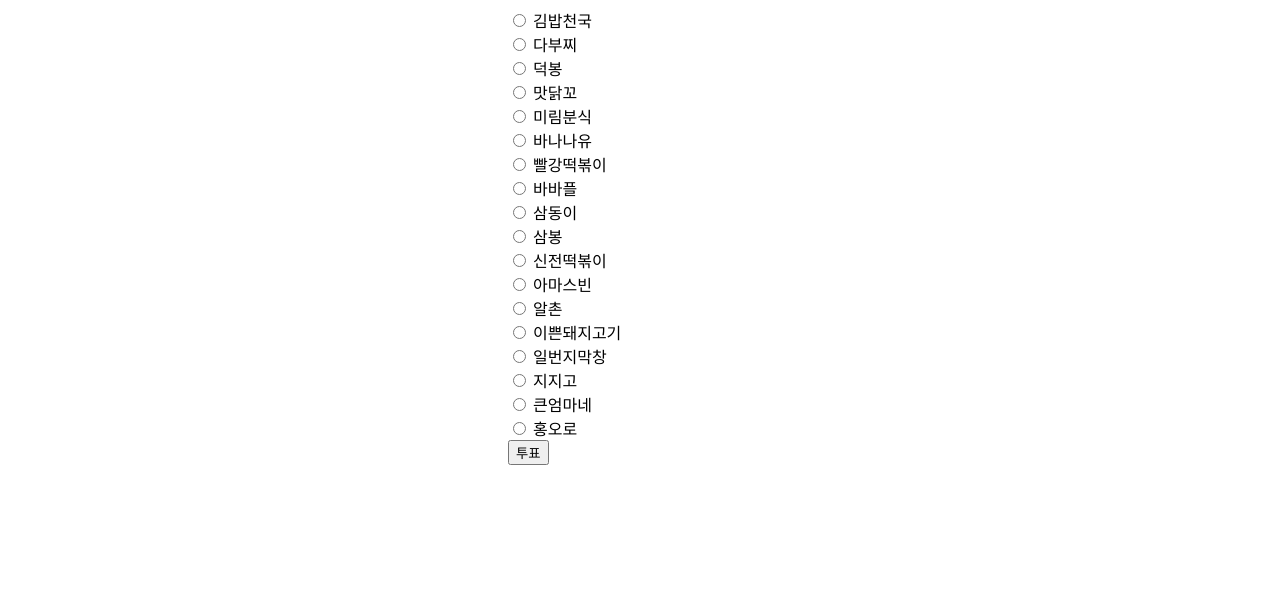
Repository: hayoung9000/migo_vote
Page: http://localhost/Migo/voteForm.jsp
These files come from the project's save history. The page is drawn as it stood at one moment and after the next save; the edit follows.
The browser window is 1280 px wide. The pictures show the whole page.
The page is served by Tomcat 9.

Above is the page before, as saved 2018-05-18 17:21:26.

After the next save:
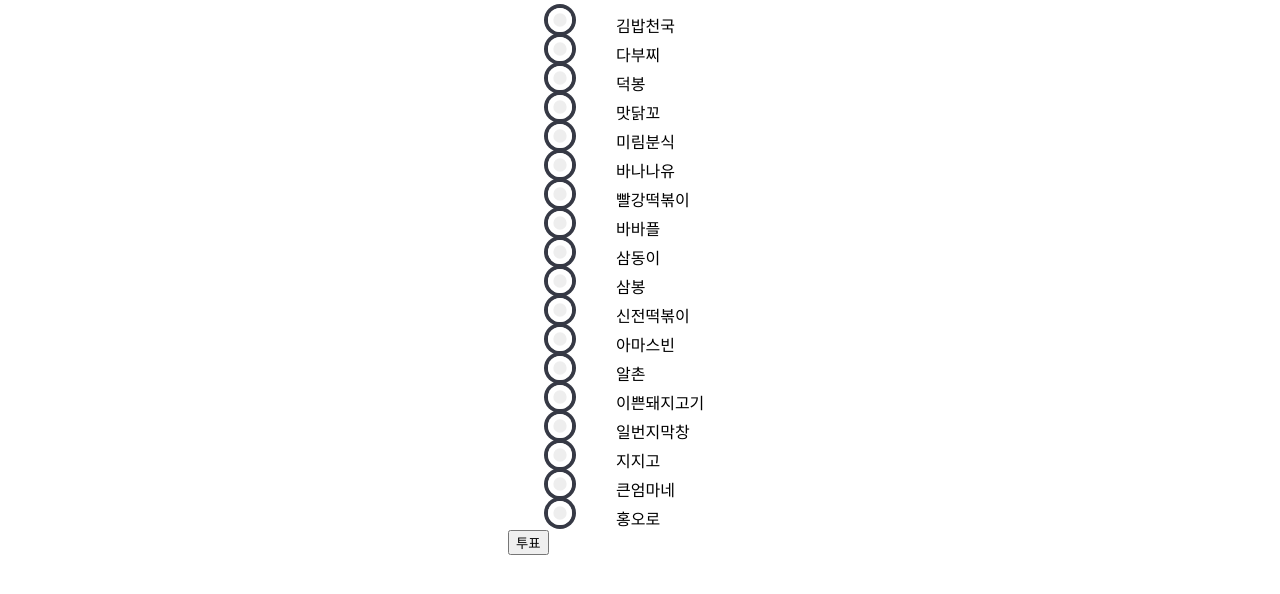
Saved 3 min 35 s later.
--- a/Migo/WebContent/voteForm.jsp
+++ b/Migo/WebContent/voteForm.jsp
@@ -1,38 +1,74 @@
 <%@ page language="java" contentType="text/html; charset=EUC-KR"
-    pageEncoding="EUC-KR"%>
+	pageEncoding="EUC-KR"%>
 <!DOCTYPE html PUBLIC "-//W3C//DTD HTML 4.01 Transitional//EN" "http://www.w3.org/TR/html4/loose.dtd">
 <html>
 <head>
 <meta http-equiv="Content-Type" content="text/html; charset=EUC-KR">
 <title>Insert title here</title>
 <style>
-	#form{
-		margin-left:500px;
-	}
+#form {
+	margin-left: 500px;
+}
+
+input[type="radio"] {
+	appearance: none;
+	margin: 0 40px;
+	width: 24px;
+	height: 24px;
+	background: #eeeeee;
+	box-shadow: inset 0 0 0 .4em white, 0 0 0 .3em;
+	border-radius: 50%;
+	transition: .2s;
+	cursor: pointer;
+	color: #363945; &: hover , & : checked {
+    background : #363945;
+	box-shadow: inset 0 0 0 .6em white, 0 0 0 .3em;
+}
+
+&
+:checked {
+	background: #56be8e;
+	box-shadow: inset 0 0 0 .4em white, 0 0 0 .3em #56be8e;
+}
+
+&
+:focus {
+	outline: 0;
+}
+}
 </style>
 </head>
 <body>
 
-<form action="voteInsert.jsp" id="form">
-	 <input type="radio" name="gosichon" value="0">  <label for="gosichon" checked>김밥천국</label> <br>
-	 <input type="radio" name="gosichon" value="1">  <label for="gosichon">다부찌</label> <br>
-	 <input type="radio" name="gosichon" value="2">  <label for="gosichon">덕봉</label> <br>
-	 <input type="radio" name="gosichon" value="3">  <label for="gosichon">맛닭꼬</label> <br>
-	 <input type="radio" name="gosichon" value="4">  <label for="gosichon">미림분식</label> <br>
-	 <input type="radio" name="gosichon" value="5">  <label for="gosichon">바나나유</label>  <br>
-	 <input type="radio" name="gosichon" value="6">  <label for="gosichon">빨강떡볶이</label> <br>
-	 <input type="radio" name="gosichon" value="7">  <label for="gosichon">바바플</label> <br>
-	 <input type="radio" name="gosichon" value="8">  <label for="gosichon">삼동이</label> <br>
-	 <input type="radio" name="gosichon" value="9">  <label for="gosichon">삼봉</label> <br>
-	 <input type="radio" name="gosichon" value="10"> <label for="gosichon">신전떡볶이</label> <br>
-	 <input type="radio" name="gosichon" value="11"> <label for="gosichon">아마스빈</label> <br>
-	 <input type="radio" name="gosichon" value="12"> <label for="gosichon">알촌</label> <br>
-	 <input type="radio" name="gosichon" value="13"> <label for="gosichon">이쁜돼지고기</label> <br>
-	 <input type="radio" name="gosichon" value="14"> <label for="gosichon">일번지막창</label> <br>
-	 <input type="radio" name="gosichon" value="15"> <label for="gosichon">지지고</label> <br>
-	 <input type="radio" name="gosichon" value="16"> <label for="gosichon">큰엄마네</label> <br>
-	 <input type="radio" name="gosichon" value="17"> <label for="gosichon">홍오로</label> <br>
-	<input type="submit" value="투표">
-</form>
+	<form action="voteInsert.jsp" id="form">
+		<input type="radio" name="gosichon" value="0"> <label
+			for="gosichon" checked>김밥천국</label> <br> <input type="radio"
+			name="gosichon" value="1"> <label for="gosichon">다부찌</label>
+		<br> <input type="radio" name="gosichon" value="2"> <label
+			for="gosichon">덕봉</label> <br> <input type="radio"
+			name="gosichon" value="3"> <label for="gosichon">맛닭꼬</label>
+		<br> <input type="radio" name="gosichon" value="4"> <label
+			for="gosichon">미림분식</label> <br> <input type="radio"
+			name="gosichon" value="5"> <label for="gosichon">바나나유</label>
+		<br> <input type="radio" name="gosichon" value="6"> <label
+			for="gosichon">빨강떡볶이</label> <br> <input type="radio"
+			name="gosichon" value="7"> <label for="gosichon">바바플</label>
+		<br> <input type="radio" name="gosichon" value="8"> <label
+			for="gosichon">삼동이</label> <br> <input type="radio"
+			name="gosichon" value="9"> <label for="gosichon">삼봉</label> <br>
+		<input type="radio" name="gosichon" value="10"> <label
+			for="gosichon">신전떡볶이</label> <br> <input type="radio"
+			name="gosichon" value="11"> <label for="gosichon">아마스빈</label>
+		<br> <input type="radio" name="gosichon" value="12"> <label
+			for="gosichon">알촌</label> <br> <input type="radio"
+			name="gosichon" value="13"> <label for="gosichon">이쁜돼지고기</label>
+		<br> <input type="radio" name="gosichon" value="14"> <label
+			for="gosichon">일번지막창</label> <br> <input type="radio"
+			name="gosichon" value="15"> <label for="gosichon">지지고</label>
+		<br> <input type="radio" name="gosichon" value="16"> <label
+			for="gosichon">큰엄마네</label> <br> <input type="radio"
+			name="gosichon" value="17"> <label for="gosichon">홍오로</label>
+		<br> <input type="submit" value="투표">
+	</form>
 </body>
 </html>

After the 5 saves that followed:
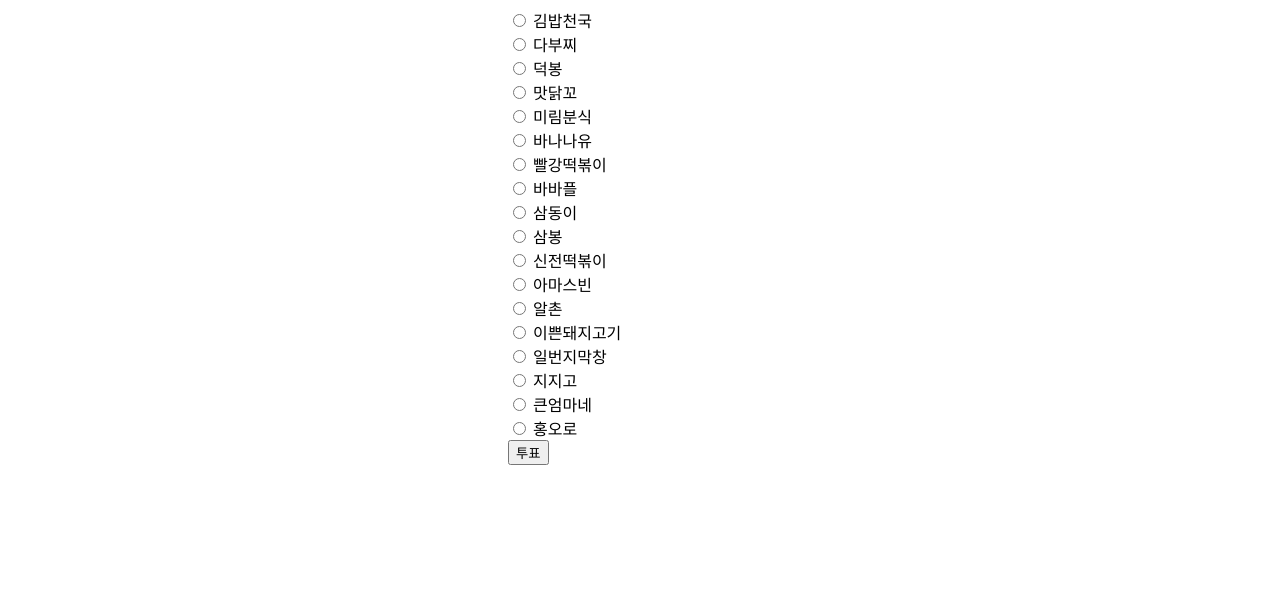
The 5 saves are shown as one change because 2 left the picture as it was and some came seconds apart.
The last was saved 2 min 54 s later.
--- a/Migo/WebContent/voteForm.jsp
+++ b/Migo/WebContent/voteForm.jsp
@@ -11,30 +11,7 @@
 }
 
 input[type="radio"] {
-	appearance: none;
-	margin: 0 40px;
-	width: 24px;
-	height: 24px;
-	background: #eeeeee;
-	box-shadow: inset 0 0 0 .4em white, 0 0 0 .3em;
-	border-radius: 50%;
-	transition: .2s;
-	cursor: pointer;
-	color: #363945; &: hover , & : checked {
-    background : #363945;
-	box-shadow: inset 0 0 0 .6em white, 0 0 0 .3em;
-}
-
-&
-:checked {
-	background: #56be8e;
-	box-shadow: inset 0 0 0 .4em white, 0 0 0 .3em #56be8e;
-}
-
-&
-:focus {
-	outline: 0;
-}
+	color:red;
 }
 </style>
 </head>
